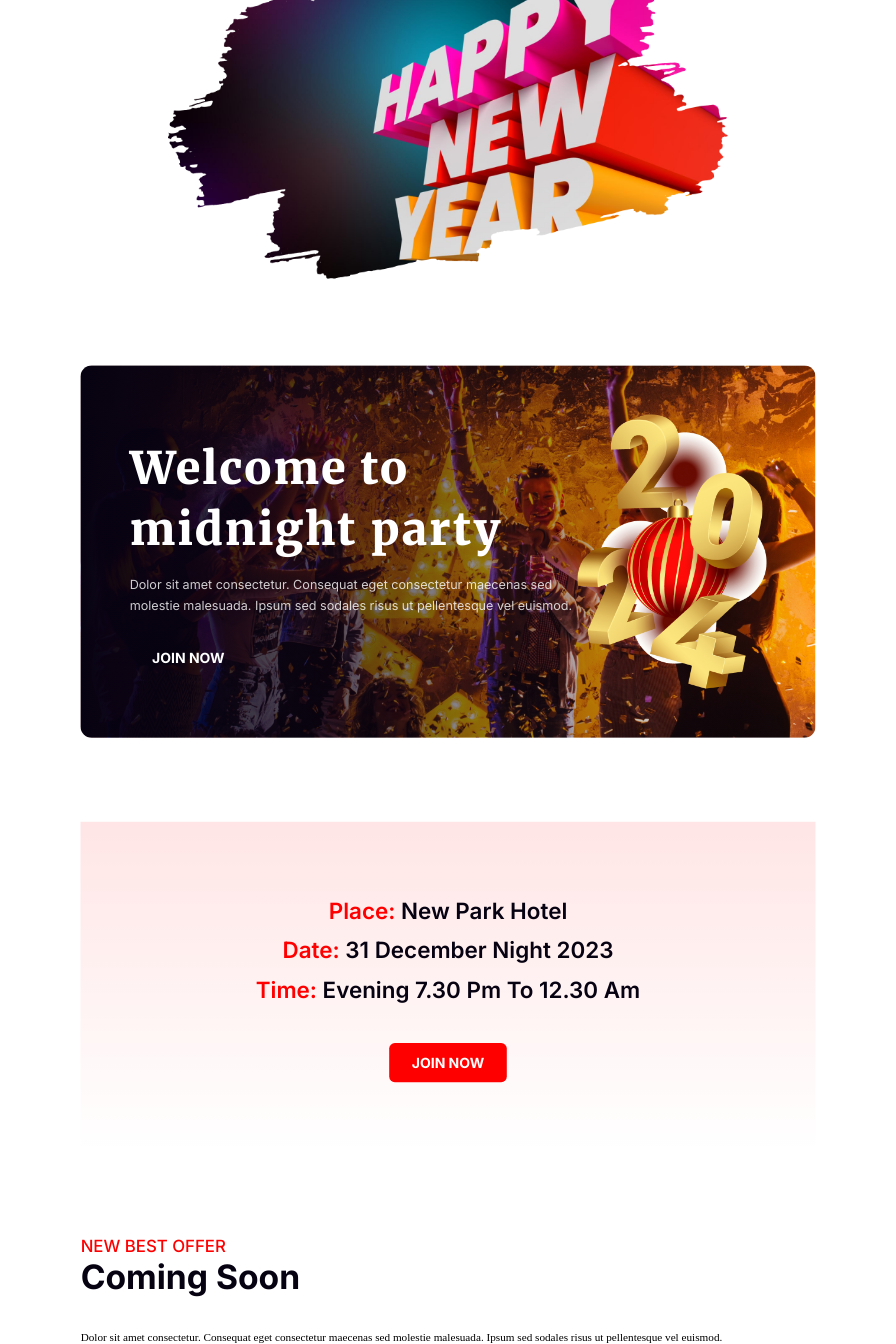
Repository: rahmatahmedrifat/First-Assignment
Page: index.html
The author's editor kept a copy of each file at every save. The page is drawn from the files as they stood at one save, then again after the next save.
The browser window is 1280 px wide. The pictures show the part of the page from y = 1140 to 3060 px (the page is 3060 px tall before and 3012 px after), at 70% of full size.

Above is the page before, as saved 2024-01-08 04:20:24.

After the next save:
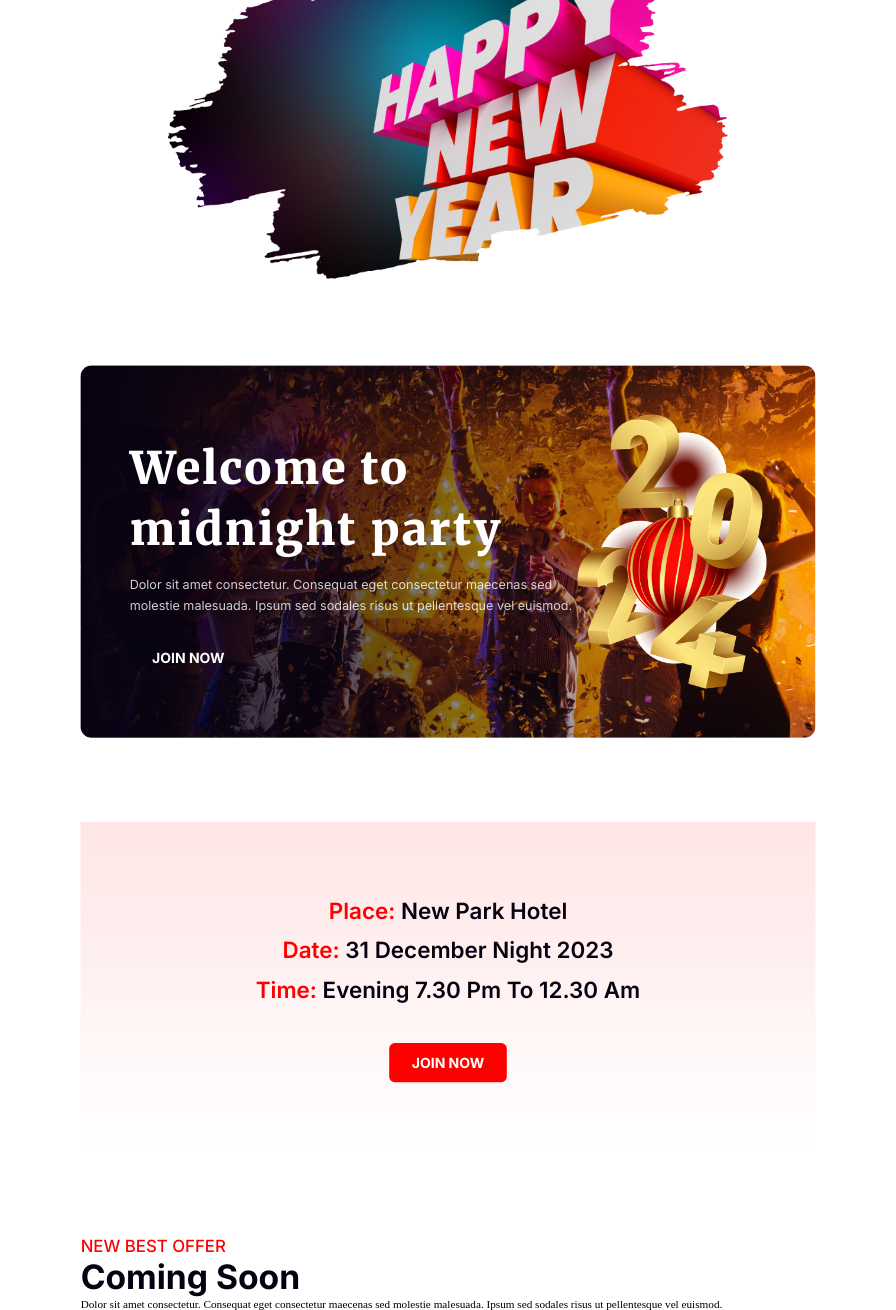
Saved 39 s later.
--- a/Style/style.css
+++ b/Style/style.css
@@ -199,5 +199,4 @@
     font-weight: 700;
     color: #070211;
     line-height: normal;
-    margin-bottom: 48px;
-}
+}
